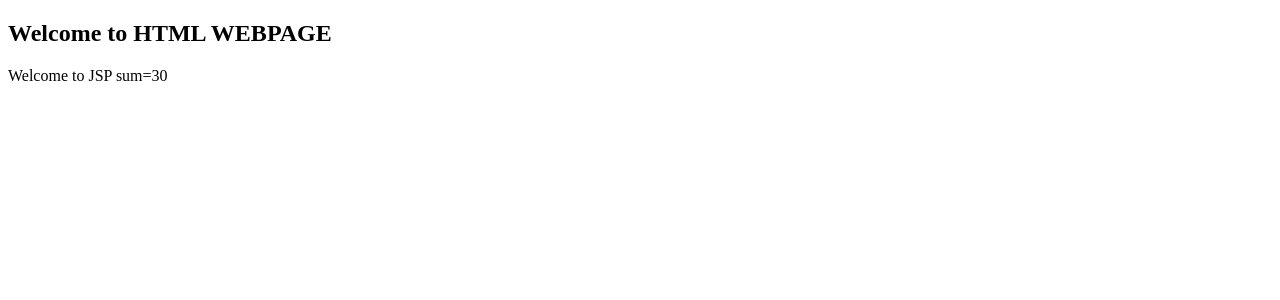
Repository: uaganesh/training
Page: http://localhost/JSPExamples/demo.jsp
The author's editor kept a copy of each file at every save. The page is drawn from the files as they stood at one save, then again after the next save.
The browser window is 1280 px wide. The pictures show the whole page.
The page is served by Tomcat 9.

Above is the page before, as saved 2022-08-11 12:53:45.

### JSPExamples/src/main/webapp/demo.jsp
<%@ page language="java" contentType="text/html; charset=ISO-8859-1"
    pageEncoding="ISO-8859-1"%>
<!DOCTYPE html>
<html>
<head>
<meta charset="ISO-8859-1">
<title>Insert title here</title>
</head>
<body>
<h2>Welcome to HTML WEBPAGE</h2>
<%
out.println("Welcome to JSP");
int a=10;
int b=20;
out.println("sum="+(a+b));
%>
</body>
</html>

After the next save:
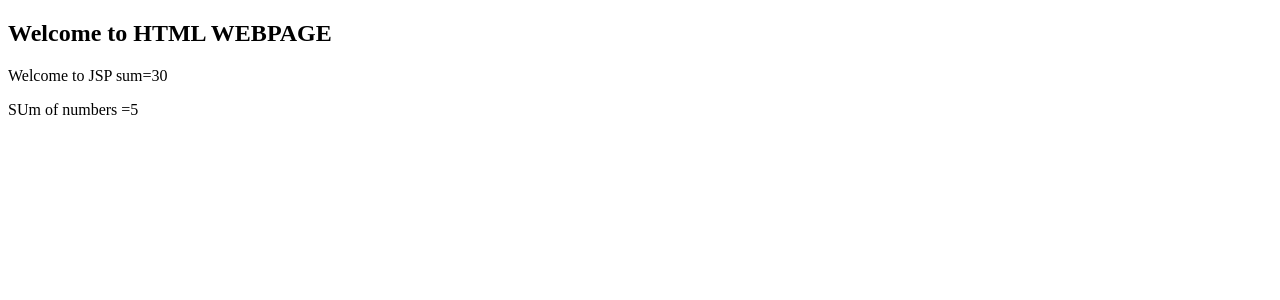
Saved 28 min 29 s later.
--- a/JSPExamples/src/main/webapp/demo.jsp
+++ b/JSPExamples/src/main/webapp/demo.jsp
@@ -14,5 +14,6 @@ int a=10;
 int b=20;
 out.println("sum="+(a+b));
 %>
+<p>SUm of numbers =<%=2+3 %></p>
 </body>
 </html>
